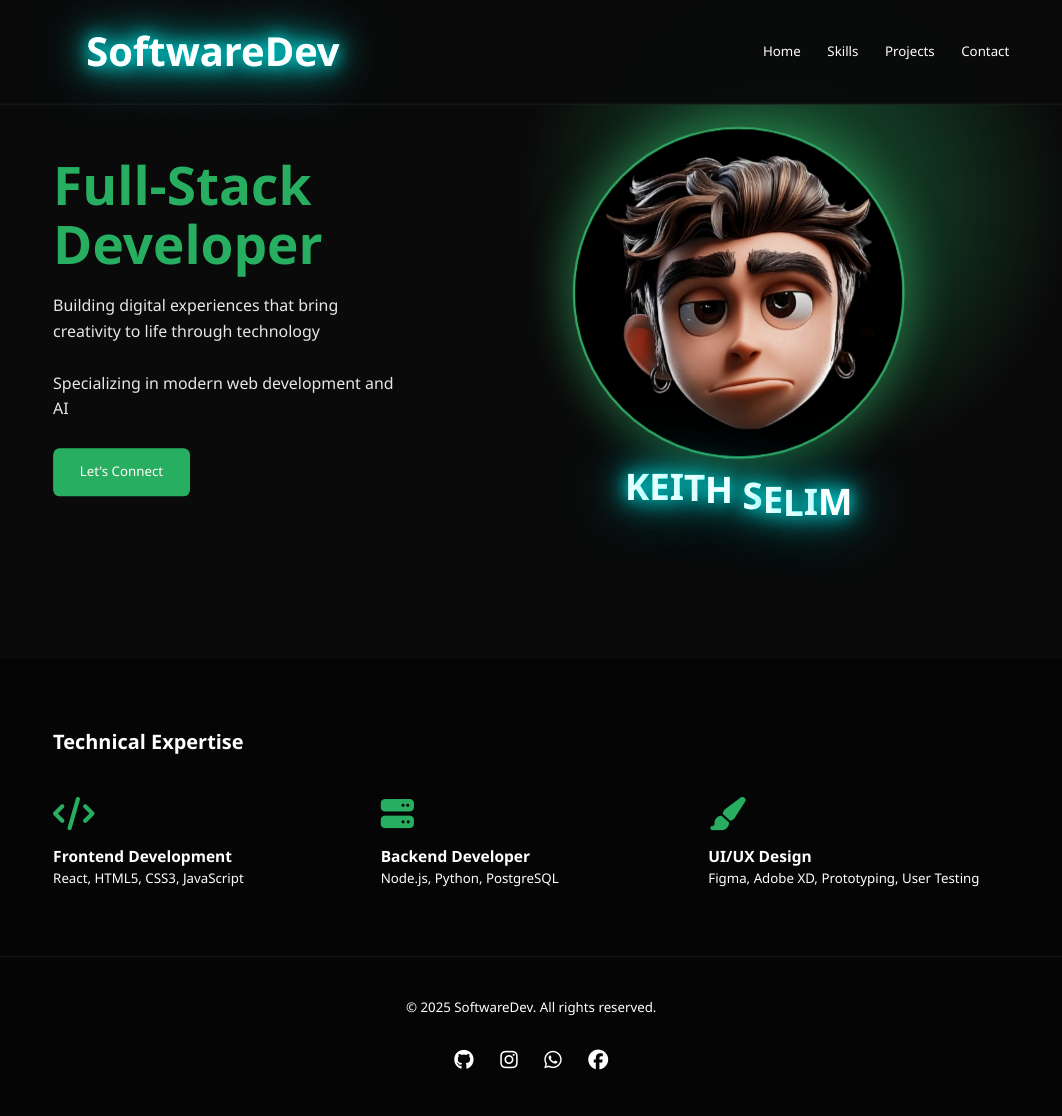
Repository: PEEZYBEE/my-react-portfolio
Page: /
An editor plug-in stored every save of this project. The page is shown before and after a run of saves, followed by the edit.
The browser window is 1280 px wide. The pictures show the whole page, at 83% of full size.
The project was rebuilt for these pictures with package versions that can differ from the ones it lists, and the page was loaded fresh each time. Also part of the build but not shown: vite.config.js.

Above is the page before, as saved 2025-04-21 01:49:46.

### index.html
<!doctype html>
<html lang="en">
  <head>
    <meta charset="UTF-8" />
  <link rel="icon" type="image/svg+xml" href="favicon.svg" />
  <meta name="viewport" content="width=device-width, initial-scale=1.0" />
  <title>Keith Selim</title>

  <!-- ✅ Add this line below -->
  <link
    rel="stylesheet"
    href="https://cdnjs.cloudflare.com/ajax/libs/font-awesome/6.7.2/css/all.min.css"
    integrity="sha512-Evv84Mr4kqVGRNSgIGL/F/aIDqQb7xQ2vcrdIwxfjThSH8CSR7PBEakCr51Ck+w+/U6swU2Im1vVX0SVk9ABhg=="
    crossorigin="anonymous"
    referrerpolicy="no-referrer"
  />
</head>
  <body>
    <div id="root"></div>
    <script type="module" src="/src/main.jsx"></script>
  </body>
</html>

### src/index.css
:root {
  font-family: system-ui, Avenir, Helvetica, Arial, sans-serif;
  line-height: 1.5;
  font-weight: 400;

  color-scheme: light dark;
  color: rgba(255, 255, 255, 0.87);
  background-color: #242424;

  font-synthesis: none;
  text-rendering: optimizeLegibility;
  -webkit-font-smoothing: antialiased;
  -moz-osx-font-smoothing: grayscale;
}

a {
  font-weight: 500;
  color: #646cff;
  text-decoration: inherit;
}
a:hover {
  color: #535bf2;
}

body {
  margin: 0;


  min-width: 320px;
  min-height: 100vh;
}

h1 {
  font-size: 3.2em;
  line-height: 1.1;
}

button {
  border-radius: 8px;
  border: 1px solid transparent;
  padding: 0.6em 1.2em;
  font-size: 1em;
  font-weight: 500;
  font-family: inherit;
  background-color: #1a1a1a;
  cursor: pointer;
  transition: border-color 0.25s;
}
button:hover {
  border-color: #646cff;
}
button:focus,
button:focus-visible {
  outline: 4px auto -webkit-focus-ring-color;
}

@media (prefers-color-scheme: light) {
  :root {
    color: #213547;
    background-color: #ffffff;
  }
  a:hover {
    color: #747bff;
  }
  button {
    background-color: #f9f9f9;
  }
}

### src/App.jsx
import React from "react";
import Navbar from './components/Navbar';
import Hero from './components/Hero';
import NameBanner from './components/NameBanner';
import Skills from './components/Skills';
import Footer from './components/Footer';
import './style.css';


function App() {
  return (
    <>
      <Navbar />
      <Hero />
      <NameBanner />
      <Skills />
      <Footer />
    </>
  );
}

export default App;

### src/components/Navbar.jsx
import React from "react";

const Navbar = () => {
  return (
    <nav className="navbar">
      <a href="#home" className="logo">SoftwareDev</a>
      <ul className="nav-links">
        <li><a href="#home">Home</a></li>
        <li><a href="#skills">Skills</a></li>
        <li><a href="#projects">Projects</a></li>
        <li><a href="#contact">Contact</a></li>
      </ul>
    </nav>
  );
};

export default Navbar;

### src/components/Hero.jsx
import React from 'react';
import './Hero.css';
import profileImage from '../assets/profile.jpg';

const Hero = () => {
  return (
    <section id="home" className="hero">
      <div className="hero-content">
        <h1>Full-Stack Developer</h1>
        <p>Building digital experiences that bring creativity to life through technology</p>
        <p className="highlight">Specializing in modern web development and AI</p>
        <a href="#contact" className="cta-button">Let's Connect</a>
      </div>

      <div className="hero-image-container">
        <div className="profile-wrapper">
          <img src={profileImage} alt="Profile" className="profile-img" />
          <h2 className="bouncing-letters">
            <span>K</span>
            <span>E</span>
            <span>I</span>
            <span>T</span>
            <span>H</span>
            <span>&nbsp;</span>
            <span>S</span>
            <span>E</span>
            <span>L</span>
            <span>I</span>
            <span>M</span>
          </h2>
        </div>
      </div>
    </section>
  );
};

export default Hero;

### src/components/NameBanner.jsx
import React from "react";


const Hero = () => {
  return (
    <section>



    </section>
  );
};

export default Hero;

### src/components/Skills.jsx
import React from "react";

const Skills = () => {
  return (
    <section id="skills" className="skills">
      <h2>Technical Expertise</h2>
      <div className="skills-grid">
        <div className="skill-card">
          <i className="fa-solid fa-code"></i>
          <h3>Frontend Development</h3>
          <p>React, HTML5, CSS3, JavaScript</p>
        </div>
        <div className="skill-card">
          <i className="fa-solid fa-server"></i>
          <h3>Backend Developer</h3>
          <p>Node.js, Python, PostgreSQL</p>
        </div>
        <div className="skill-card">
          <i className="fa-solid fa-paintbrush"></i>
          <h3>UI/UX Design</h3>
          <p>Figma, Adobe XD, Prototyping, User Testing</p>
        </div>
      </div>
    </section>
  );
};

export default Skills;

### src/components/Footer.jsx
import React from "react";

const Footer = () => {
  return (
    <footer>
      <p>&copy; 2025 SoftwareDev. All rights reserved.</p>
      <div className="social-links">
        <a href="#"><i className="fa-brands fa-github"></i></a>
        <a href="#"><i className="fa-brands fa-instagram"></i></a>
        <a href="#"><i className="fa-brands fa-whatsapp"></i></a>
        <a href="#"><i className="fa-brands fa-facebook"></i></a>
      </div>
    </footer>
  );
};

export default Footer;

### src/style.css
.bouncing-letters span {
display: inline-block;
color: white;
text-shadow: 0px 0px 0px cyan,
             0px 0px 20px cyan,
             0px 0px 40px cyan,
             0px 0px 80px cyan;
font-size: 44px;
font-weight: bold;
animation: bounce 0.8s ease infinite alternate;



}

@keyframes bounce {
    0% { transform: translateY(0) }
    100% { transform: translateY(-20px) }

}

.bouncing-letters span:nth-child(1)
{ animation-delay:  0.1s; }


.bouncing-letters span:nth-child(2)
{ animation-delay:  0.2s; }


.bouncing-letters span:nth-child(3)
{ animation-delay:  0.3s; }


.bouncing-letters span:nth-child(4)
{ animation-delay:  0.4s; }


.bouncing-letters span:nth-child(5)
{ animation-delay: 0.5s; }


.bouncing-letters span:nth-child(6)
{ animation-delay:  0.6s; }

.bouncing-letters span:nth-child(7)
{ animation-delay:  0.7s; }

.bouncing-letters span:nth-child(8)
{ animation-delay:  0.8s; }

.bouncing-letters span:nth-child(9)
{ animation-delay:  0.9s; }

.bouncing-letters span:nth-child(10)
{ animation-delay:  1.0s; }

body{
    background-color: var(--dark-bg);
    color: var(--text);
    line-height: 1.6;
    overflow-x: hidden;
}


*{
  margin: 0;
  padding: 0;
  box-sizing: border-box;
  font-family: 'Segoe UI', sans-serif;
}
:root{
  --dark-bg: #0a0a0a;
  --darker-bg: #050505;
  --accent-glow: rgba(46, 204, 113, 0.4);
  --text: #ffffff;
}

.navbar{
  position: fixed;
  top: 0;
  width: 100%;
  padding: 1.5rem 5%;
  display: flex;
  justify-content: space-between;
  align-items: center;
  background:  rgba(10, 10, 10, 0.95);
  backdrop-filter: blur(10px);
  z-index: 1000;
  border-bottom: 1px solid rgba(255, 255, 255, 0.1);
}

.logo{
  font-size: 3rem;
  font-weight: 700;
  color: white;
  text-shadow: 0px 0px 0px cyan,
               0px 0px 20px cyan,
               0px 0px 40px cyan,
               0px 0px 80px cyan;
  /*color: var(--accent-glow);*/
  text-decoration: none;
  position: relative;
  padding-left: 2.5rem;
}

.nav-links{
  display: flex;
  gap: 2rem;
  list-style: none;
}

.nav-links a {
  color: var(--text);
  text-decoration: none;
  font-weight: 500;
  transition: all 0.3s ease;
  position: relative;
}

.nav-links a::after {
  content: '';
  position: absolute;
  bottom:  -5px;
  left: 0;
  width: 0;
  height: 2px;
  background: var(--accent-glow);
  transition: width 0.3s ease;
}

.nav-links a:hover::after {
   width: 100%;
}

.hero {
  min-height: 100vh;
  display: flex;
  align-items: center;
  padding: 12% 5%;
  background: radial-gradient(circle at 75% 30%,var(--accent-glow) 0%,transparent 30%);
}

.hero-content {
    flex: 1;
    padding-right: 5rem;
}

.hero-image {
    flex: 1;
    text-align: center;
    position: relative;
}

.profile-img {
    width: 400px;
    height: 400px;
    border-radius: 50%;
    object-fit: cover;
    border: 3px solid ,#27ae60;
    box-shadow: 0 0 50px 10px var(--accent-glow);
    animation: float 3s ease-in-out infinite;
    filter: grayscale(0.2) contrast(1.1);
}

@keyframes float {
    0%, 100%{ transform: translateY(0);}
    50% { transform: translateY(-20px);}
}

.hero h1 {
    font-size: 4rem;
    margin-bottom: 1.5rem;
    color: #27ae60;
    -webkit-background-clip: text;
    /*-webkit-text-fill-color: transparent;*/
    z-index: 10;
}

.hero p {
  font-size: 1.2rem;
  margin-bottom: 2rem;
  opacity: 0.9;
  max-width: 600px;
}

.cta-button {
  display: inline-block;
  padding: 1rem 2rem;
  background:  #27ae60;
  color: white;
  border-radius: 8px;
  text-decoration: none;
  transition: all 0.3s ease;
  position: relative;
  overflow: hidden;
}

.skills {
    padding: 5rem 5%;
    background: var(--darker-bg);
}

.skills-grid {
    display: grid;
    grid-template-columns: repeat(auto-fit,minmax(250px, 1fr));
    gap: 2rem;
    margin-top: 3rem;
}


.skills-card {
    padding: 2rem;
    border-radius: 15px;
    background: rgba(255,255,255,0.05);
    transition: all 0,3s ease;
    border: 1px solid rgba(255,255,255,0.1);
    backdrop-filter: blur(5px);
}

.skill-card:hover {
    transform: translateY(-10px);
    border-color: #27ae60;
    box-shadow: 0 10px 30px var(--accent-glow);
}

.skill-card i {
    font-size: 2.5rem;
    color:  #27ae60;
    margin-bottom: 1rem;
}

footer {
    background: var(--darker-bg);
    padding: 3rem 5%;
    text-align: center;
    border-top: 1px solid rgba(255, 255, 255, 0.1);
    width: 100%; /* Ensure it takes full width */
    position: relative;
    box-sizing: border-box;

}

.social-links {
    margin-top: 2rem;
    display: flex;
    justify-content: center;
    gap: 2rem;
}

.social-links a {
    color: var(--text);
    font-size:  1.5rem;
    transition: all 0.3s ease;
}

.social-links a:hover {
    color: white;
    text-shadow: 0px 0px 0px cyan,
                 0px 0px 20px cyan,
                 0px 0px 40px cyan,
                 0px 0px 80px cyan;
    transform: translateY(-3px);
}

@media (max-width: 768px) {
    .hero {
        flex-direction: column;
        text-align: center;
        padding-top: 8rem;
    }
    .hero-content {
        padding-right: 0;
        margin-bottom: 3rem;
    }
    .profile-img {
        width: 280px;
        height: 280px;
    }
    .nav-links {
        display: none;
    }
    .logo {
        font-size: 1.5rem;
        padding-left: 2rem;
    }
}

### src/components/Hero.css
.hero {
    display: flex;
    justify-content: space-between;
    align-items: center;
    padding: 2rem;
    flex-wrap: wrap;
  }

  .hero-content {
    flex: 1;
    max-width: 500px;
  }

  .hero-image-container {
    flex: 1;
    display: flex;
    justify-content: center;
    align-items: center;
    margin
  }

  .profile-wrapper {
    display: flex;
    flex-direction: column;
    align-items: center;
  }

  .profile-img {
    width: 200px;
    height: 200px;
    object-fit: cover;
    border-radius: 50%;
    border: 3px solid #646cff;
    margin-bottom: 1rem;
  }

  .bouncing-letters span {
    display: inline-block;
    animation: bounce 1s infinite alternate;
  }

  .bouncing-letters span:nth-child(2) { animation-delay: 0.1s; }
  .bouncing-letters span:nth-child(3) { animation-delay: 0.2s; }
  .bouncing-letters span:nth-child(4) { animation-delay: 0.3s; }
  .bouncing-letters span:nth-child(5) { animation-delay: 0.4s; }
  .bouncing-letters span:nth-child(6) { animation-delay: 0.5s; }
  .bouncing-letters span:nth-child(7) { animation-delay: 0.6s; }
  .bouncing-letters span:nth-child(8) { animation-delay: 0.7s; }
  .bouncing-letters span:nth-child(9) { animation-delay: 0.8s; }
  .bouncing-letters span:nth-child(10) { animation-delay: 0.9s; }
  .bouncing-letters span:nth-child(11) { animation-delay: 1s; }

  @keyframes bounce {
    0% { transform: translateY(0); }
    100% { transform: translateY(-10px); }
  }

Loaded but not shown: src/main.jsx (common file)

After the next 3 saves:
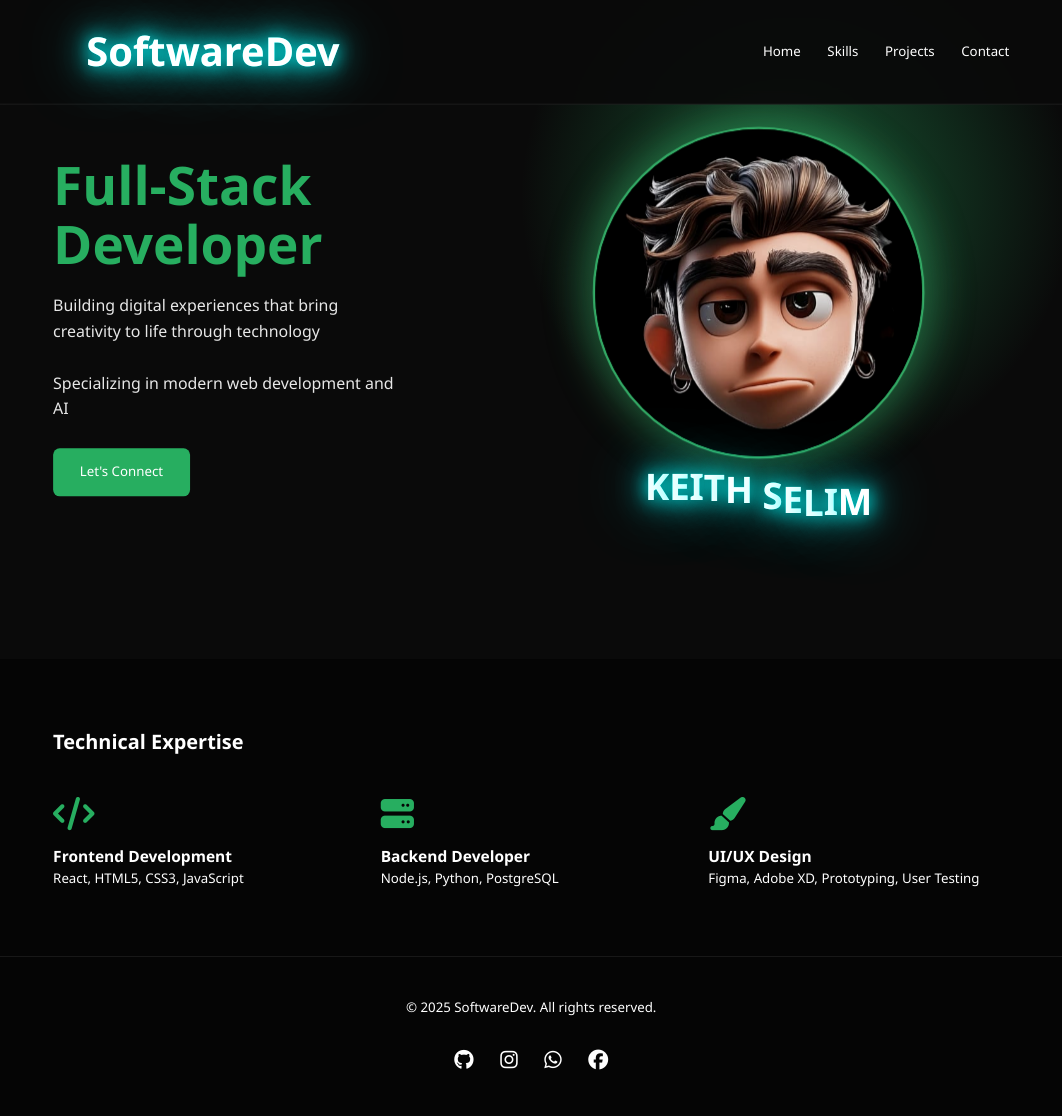
The 3 saves are shown as one change because they came seconds apart.
The last was saved 8 s later.
--- a/src/components/Hero.css
+++ b/src/components/Hero.css
@@ -16,7 +16,7 @@
     display: flex;
     justify-content: center;
     align-items: center;
-    margin
+    margin-left: 3rem;
   }
 
   .profile-wrapper {
